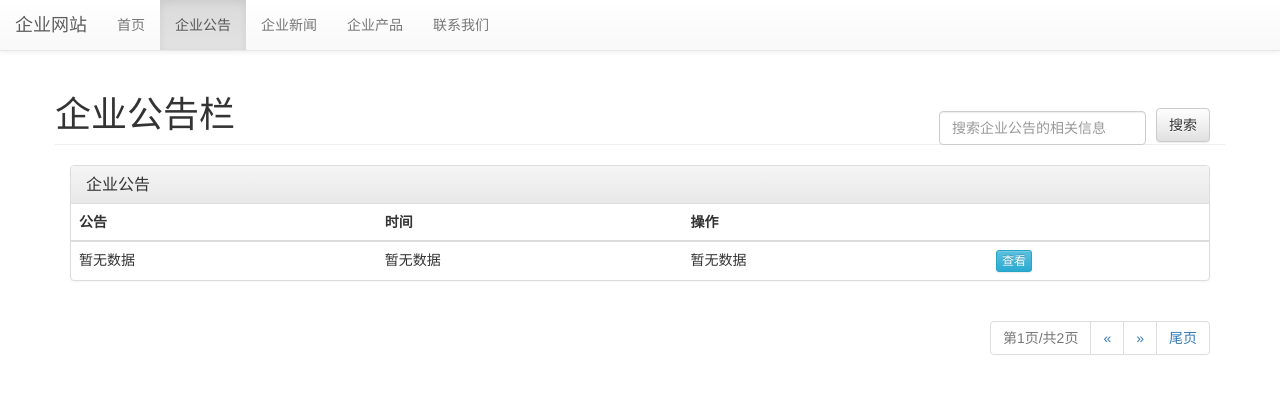
Repository: Mrzx0925/mystudyj2ee
Page: mvssh/src/main/webapp/mywrite/gonggao.html
An editor plug-in stored every save of this project. The page is shown before and after the next save, followed by the edit.
The browser window is 1280 px wide. The pictures show the whole page.

Above is the page before, as saved 2019-12-22 12:44:08.

### mvssh/src/main/webapp/mywrite/gonggao.html
<!DOCTYPE html>
<html lang="zh-CN" class="ax-vertical-centered">
<head>
	<meta charset="UTF-8">
	<title>企业网站</title>
	    <meta http-equiv="Content-Type" content="text/html; charset=UTF-8">
    <meta name="viewport" content="width=device-width, initial-scale=1">
	<link rel="stylesheet" href="css/bootstrap.min.css">
	    <link rel="stylesheet" href="css/bootstrap-theme.min.css">
    <link rel="stylesheet" href="css/bootstrap-admin-theme.css">
        <link rel="stylesheet" href="css/bootstrap-admin-theme.css">
             <script src="jQuery/jquery-3.1.1.min.js"></script>
        <script src="js/bootstrap.min.js"></script>

        <script src="js/bootstrap-dropdown.min.js"></script>
        <script src="js/gonggao.js"></script>
</head>





<body class="bootstrap-admin-with-small-navbar">
<nav class="navbar navbar-default navbar-fixed-top" role="navigation">
    <div class="container-fluid">
        <div class="navbar-header">
            <a class="navbar-brand" href="#">企业网站 </a>
        </div>

          <ul class="nav navbar-nav">
            <li><a href="index.html">首页</a></li>
            <li class="active"><a href="gonggao.html">企业公告</a></li>
            <li><a href="xinwen.html">企业新闻</a></li>
    		<li><a href="qiyechanpin.html\">企业产品</a></li>
      		<li ><a href="lianxi.html">联系我们</a></li>
        </ul>

    </div>
</nav>

		<div class="container">

			<div class="row">

			<div class="page-header">
  			  <h1>企业公告栏

  			  <div class="pull-right">
				<form class="navbar-form navbar-left" role="search" action="" method="post">
					<div class="form-group">
						<input type="text" class="form-control" placeholder="搜索企业公告的相关信息" name="noticeInfo">
					</div>
					<button type="submit" class="btn btn-default">搜索</button>
				</form>
  			  </div>
  	 	 </h1>
		</div>


			<div class="col-lg-12">
				<div class="panel panel-default">
					<div class="panel-heading">
						<h3 class="panel-title">企业公告</h3>
					</div>
					<table class="table">
						<th>公告</th>
						<th>时间 </th>
						<th>操作</th>

                            <tbody>
	                         	   	<td>暂无数据</td>
	                                <td>暂无数据</td>
                                    <td>暂无数据</td>
                                    <td><button type="button" class="btn btn-info btn-xs" data-toggle="modal" data-target="#findModal" onclick="" >查看</button></td>
                          	  </tbody>

					</table>
				</div>




                <div class="pull-right"><!--右对齐--->
                    <ul class="pagination">
                    <li class="disabled"><a href="#">第1页/共2页</a></li>


                    <li><a href="">&laquo;</a></li><!-- 上一页 -->

                    <li><a href="">&raquo;</a></li>
                     <li><a href="">尾页</a></li>
                     </ul>
                    </div>

		</div>

 </div>
</div>



<!--------------------------------------查看的模糊框------------------------>
                                 <form class="form-horizontal">   <!--保证样式水平不混乱-->
                                        <!-- 模态框（Modal） -->
									<div class="modal fade" id="findModal" tabindex="-1" role="dialog" aria-labelledby="findModalLabel" aria-hidden="true">
										<div class="modal-dialog modal-lg">
											<div class="modal-content">
												<div class="modal-header">
													<button type="button" class="close" data-dismiss="modal" aria-hidden="true">
														&times;
													</button>
													<h4 class="modal-title" id="findModalLabel">
														查看公告详情
													</h4>
												</div>
												<div class="modal-body">

										<!---------------------表单-------------------->
										<div class="form-group">
											<label for="firstname" class="col-sm-2 control-label">公告标题</label>
												<div class="col-sm-9">
													<input type="text" class="form-control" id="findTitle" readonly="readonly">

												</div>
										</div>
										 <div class="form-group">
											<label for="firstname" class="col-sm-2 control-label">公告内容</label>
												<div class="col-sm-9">
													<textarea class="form-control" id="findContent" rows="10" readonly="readonly" style="width:642px;height:500px;" ></textarea>

												</div>
										</div>
											<!---------------------表单-------------------->

									</div>
												<div class="modal-footer">
													<button type="button" class="btn btn-default" data-dismiss="modal">关闭
													</button>
												</div>
											</div><!-- /.modal-content -->
										</div><!-- /.modal -->
									</div>

                                 </form>
 								<!--------------------------------------查看的模糊框------------------------>


</body>
</html>

Loaded but not shown: mvssh/src/main/webapp/mywrite/css/bootstrap.min.css (library); mvssh/src/main/webapp/mywrite/css/bootstrap-theme.min.css (library); mvssh/src/main/webapp/mywrite/css/bootstrap-admin-theme.css (library); mvssh/src/main/webapp/mywrite/jQuery/jquery-3.1.1.min.js (library); mvssh/src/main/webapp/mywrite/js/bootstrap.min.js (library); mvssh/src/main/webapp/mywrite/js/bootstrap-dropdown.min.js (common file); mvssh/src/main/webapp/mywrite/js/gonggao.js (no copy from this time; the picture is the same without it)

After the next save:
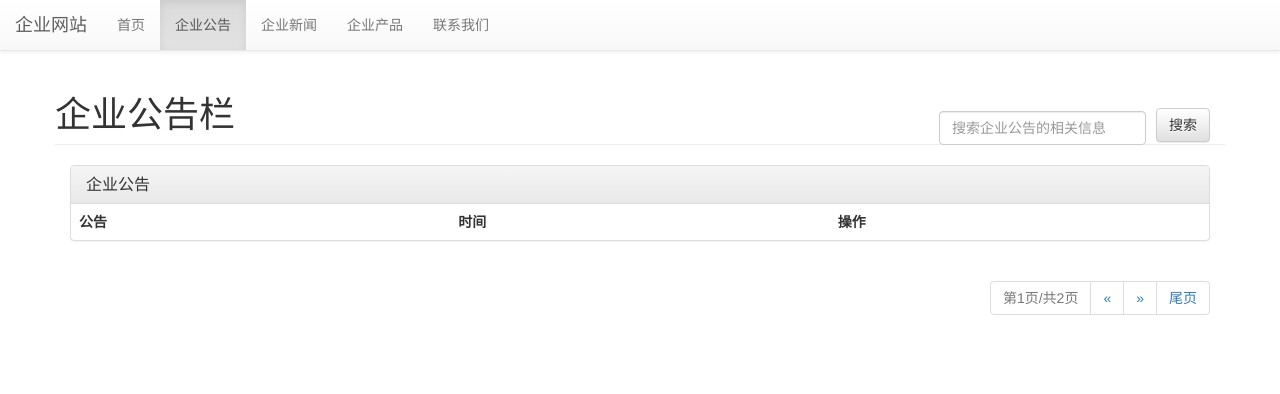
Saved 34 s later.
--- a/mvssh/src/main/webapp/mywrite/gonggao.html
+++ b/mvssh/src/main/webapp/mywrite/gonggao.html
@@ -67,12 +67,7 @@
 						<th>时间 </th>
 						<th>操作</th>
 
-                            <tbody>
-	                         	   	<td>暂无数据</td>
-	                                <td>暂无数据</td>
-                                    <td>暂无数据</td>
-                                    <td><button type="button" class="btn btn-info btn-xs" data-toggle="modal" data-target="#findModal" onclick="" >查看</button></td>
-                          	  </tbody>
+
 
 					</table>
 				</div>
